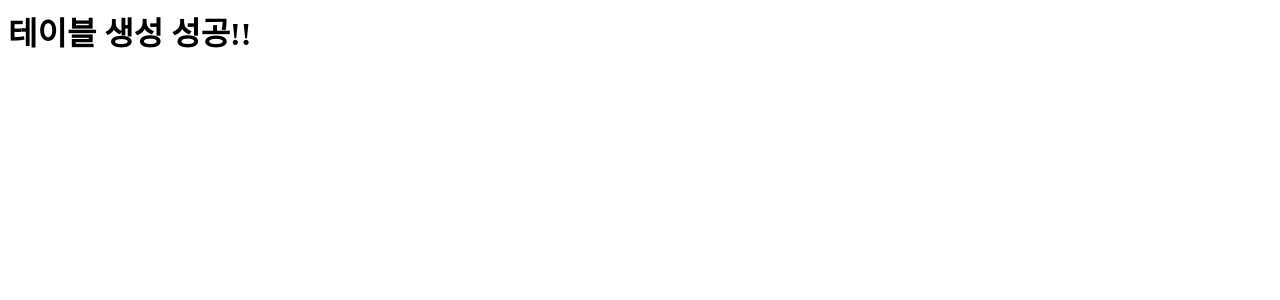
Repository: kimeuiyeob/KOPO_JSP_Study
Page: http://localhost/JSP/create.jsp
An editor plug-in stored every save of this project. The page is shown before and after the next save, followed by the edit.
The browser window is 1280 px wide. The pictures show the whole page.
The page is served by Tomcat 9. Other server files are loaded and not shown.

Above is the page before, as saved 2023-05-24 07:54:28.

### JSP/src/main/webapp/create.jsp
<%@ page import="javax.servlet.jsp.tagext.TryCatchFinally"%>
<%@ page language="java" contentType="text/html; charset=UTF-8"
	pageEncoding="UTF-8"%>

<!-- JDBC 사용시 필요한 임포트 -->
<%@ page import="java.sql.*"%>
<%@ page import="javax.sql.*"%>
<%@ page import="java.io.*"%>

<HTML>
<HEAD>
</HEAD>
<BODY>

	<!-- Mysql데이터 베이스 연결 -->
	<%
	Connection conn = null;

	try {

		String url = "jdbc:mysql://localhost:33060/kopo07?useSSL=false";
		String user = "root";
		String pw = "1234";

		Class.forName("com.mysql.cj.jdbc.Driver");

		conn = DriverManager.getConnection(url, user, pw);
		Statement stmt = conn.createStatement();

        //======================= 트와이스 테이블 생성 =======================
		stmt.execute("drop table if exists twice;");
        stmt.execute("create table twice (name varchar(20), studentid int not null primary key, kor int, eng int, mat int)");

        stmt.close();
        conn.close();
	%>

		<h1>테이블 생성 성공!!</h1>

	<%

	} catch (SQLException e) {

		out.print("데이터 베이스 연결 실패~~");
		out.print("SQLException : " + e.getMessage());

	}

	%>

</BODY>
</HTML>

After the next save:
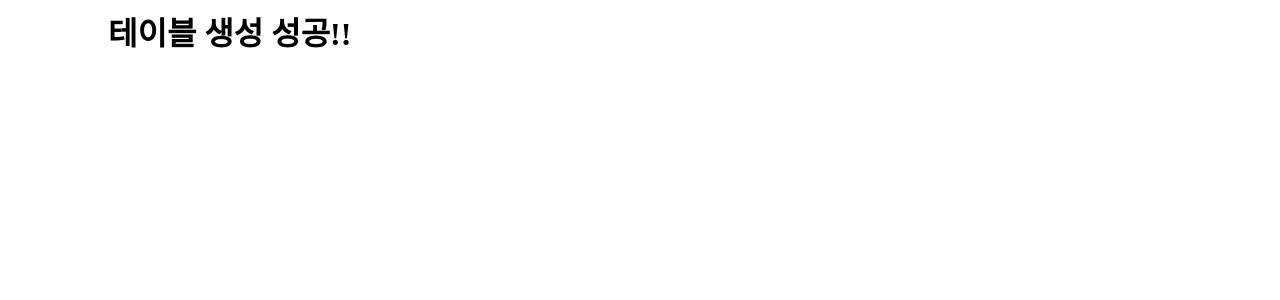
Saved 16 s later.
--- a/JSP/src/main/webapp/create.jsp
+++ b/JSP/src/main/webapp/create.jsp
@@ -10,6 +10,11 @@
 <HTML>
 <HEAD>
 </HEAD>
+<style>
+	h1 {
+	padding-left : 100px;
+	}
+</style>
 <BODY>
 
 	<!-- Mysql데이터 베이스 연결 -->
